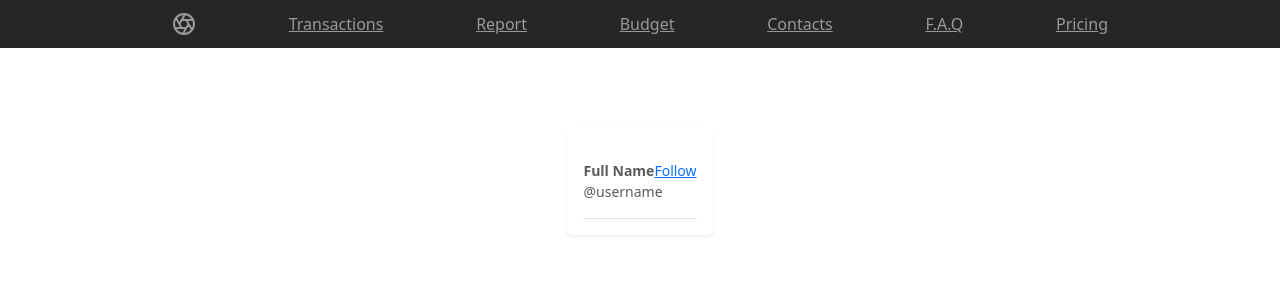
Repository: Nuriddinkhuja/budget-app-advanced
Page: index.html
The author's editor kept a copy of each file at every save. The page is drawn from the files as they stood at one save, then again after the next save.
The browser window is 1280 px wide. The pictures show the whole page.
Some web libraries are served in a nearby version.

Above is the page before, as saved 2019-12-17 14:52:27.

### index.html
<html lang="en">
<head>
    <meta charset="UTF-8">
    <meta name="viewport" content="width=device-width, initial-scale=1.0">
    <meta http-equiv="X-UA-Compatible" content="ie=edge">
    <title>Document</title>
    <link rel="stylesheet" href="./node_modules/bootstrap/dist/css/bootstrap.min.css">
    <link rel="stylesheet" href="./css/style.css">
</head>
<body>
    <nav class="site-header sticky-top py-1">
        <div class="container d-flex flex-column flex-md-row justify-content-between">
            <a class="py-2" href="#" aria-label="Product">
            <svg xmlns="http://www.w3.org/2000/svg" width="24" height="24" fill="none" stroke="currentColor" stroke-linecap="round" stroke-linejoin="round" stroke-width="2" class="d-block mx-auto" role="img" viewBox="0 0 24 24" focusable="false"><title>Product</title><circle cx="12" cy="12" r="10"></circle><path d="M14.31 8l5.74 9.94M9.69 8h11.48M7.38 12l5.74-9.94M9.69 16L3.95 6.06M14.31 16H2.83m13.79-4l-5.74 9.94"></path></svg>
            </a>
            <a class="py-2 d-none d-md-inline-block" href="#">Transactions</a>
            <a class="py-2 d-none d-md-inline-block" href="#">Report</a>
            <a class="py-2 d-none d-md-inline-block" href="#">Budget</a>
            <a class="py-2 d-none d-md-inline-block" href="#">Contacts</a>
            <a class="py-2 d-none d-md-inline-block" href="#">F.A.Q</a>
            <a class="py-2 d-none d-md-inline-block" href="#">Pricing</a>
        </div>
    </nav>
    <div class="container">
        <div class="row justify-content-md-center p-3 p-md-5 m-md-3">
            <div class="col-md-auto">
                <div class="my-3 p-3 bg-white rounded shadow-sm">
                    <div class="media text-muted pt-3">
                        <div class="media-body pb-3 mb-0 small lh-125 border-bottom border-gray">
                            <div class="d-flex justify-content-between align-items-center w-100">
                                <strong class="text-gray-dark">Full Name</strong>
                                <a href="#">Follow</a>
                            </div>
                            <span class="d-block">@username</span>
                        </div>
                    </div>
                </div>
            </div>
        </div>
    </div>

    <script src="./js/jquery.min.js"></script>
    <script src="./node_modules/popper.js/dist/popper.min.js"></script>
    <script src="./node_modules/bootstrap/dist/js/bootstrap.min.js"></script>
    <script src="./js/main.js"></script>
</body>
</html>

### css/style.css
.container {
    max-width: 960px;
  }

  /*
   * Custom translucent site header
   */

  .site-header {
    background-color: rgba(0, 0, 0, .85);
    -webkit-backdrop-filter: saturate(180%) blur(20px);
    backdrop-filter: saturate(180%) blur(20px);
  }
  .site-header a {
    color: #999;
    transition: ease-in-out color .15s;
  }
  .site-header a:hover {
    color: #fff;
    text-decoration: none;
  }

  /*
   * Dummy devices (replace them with your own or something else entirely!)
   */

  .product-device {
    position: absolute;
    right: 10%;
    bottom: -30%;
    width: 300px;
    height: 540px;
    background-color: #333;
    border-radius: 21px;
    -webkit-transform: rotate(30deg);
    transform: rotate(30deg);
  }

  .product-device::before {
    position: absolute;
    top: 10%;
    right: 10px;
    bottom: 10%;
    left: 10px;
    content: "";
    background-color: rgba(255, 255, 255, .1);
    border-radius: 5px;
  }

  .product-device-2 {
    top: -25%;
    right: auto;
    bottom: 0;
    left: 5%;
    background-color: #e5e5e5;
  }


  /*
   * Extra utilities
   */

  .flex-equal > * {
    -ms-flex: 1;
    flex: 1;
  }
  @media (min-width: 768px) {
    .flex-md-equal > * {
      -ms-flex: 1;
      flex: 1;
    }
  }

  .overflow-hidden { overflow: hidden; }

Loaded but not shown: js/jquery.min.js (library); js/main.js (no stored copy; drawn as an empty file)

After the next save:
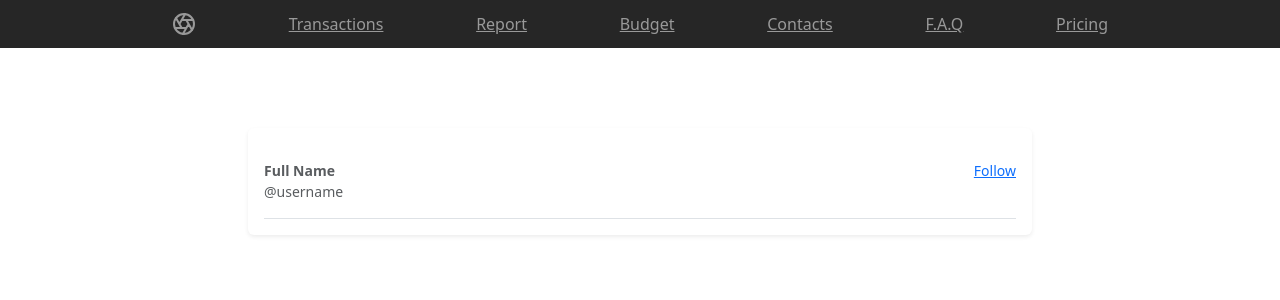
Saved 76 min 56 s later.
--- a/index.html
+++ b/index.html
@@ -23,7 +23,7 @@
     </nav>
     <div class="container">
         <div class="row justify-content-md-center p-3 p-md-5 m-md-3">
-            <div class="col-md-auto">
+            <div class="w-100">
                 <div class="my-3 p-3 bg-white rounded shadow-sm">
                     <div class="media text-muted pt-3">
                         <div class="media-body pb-3 mb-0 small lh-125 border-bottom border-gray">
